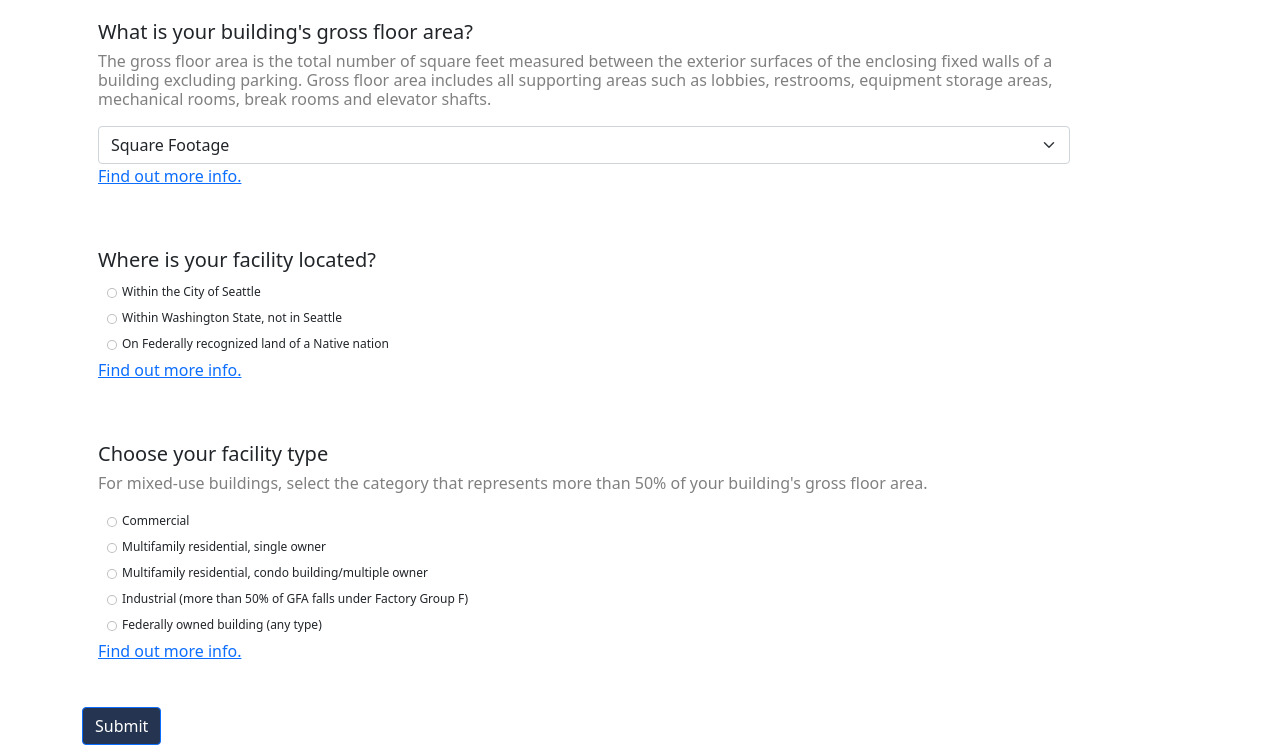
Repository: ChaidGPT/SershonSystemsQuiz
Page: index.html
These files come from the project's save history. The page is drawn as it stood at one moment and after the next save; the edit follows.
The browser window is 1280 px wide. The pictures show the whole page.

Above is the page before, as saved 2023-07-08 16:08:31.

After the next save:
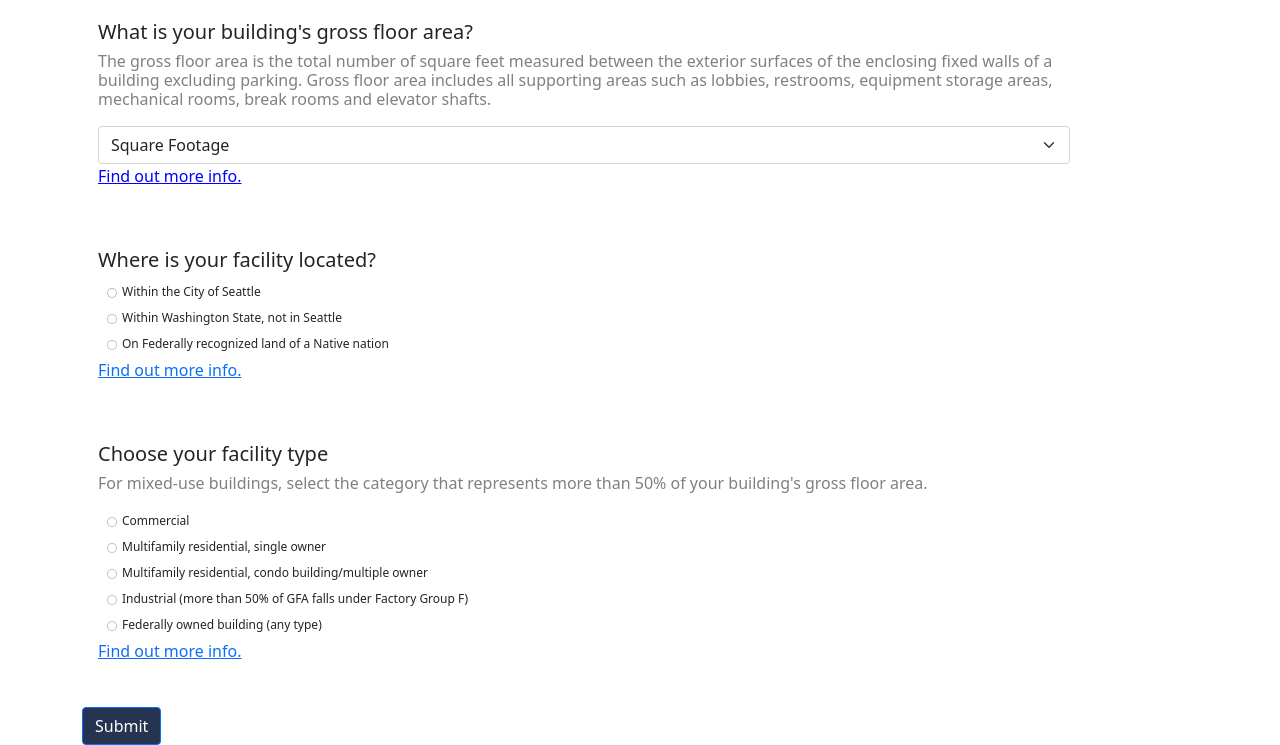
Saved 74 s later.
--- a/index.html
+++ b/index.html
@@ -41,6 +41,10 @@
 	.form-check {
   display: flex;
   align-items: center;
+}
+
+.info-link {
+    color: blue;
 }
 	</style>
 </head>
